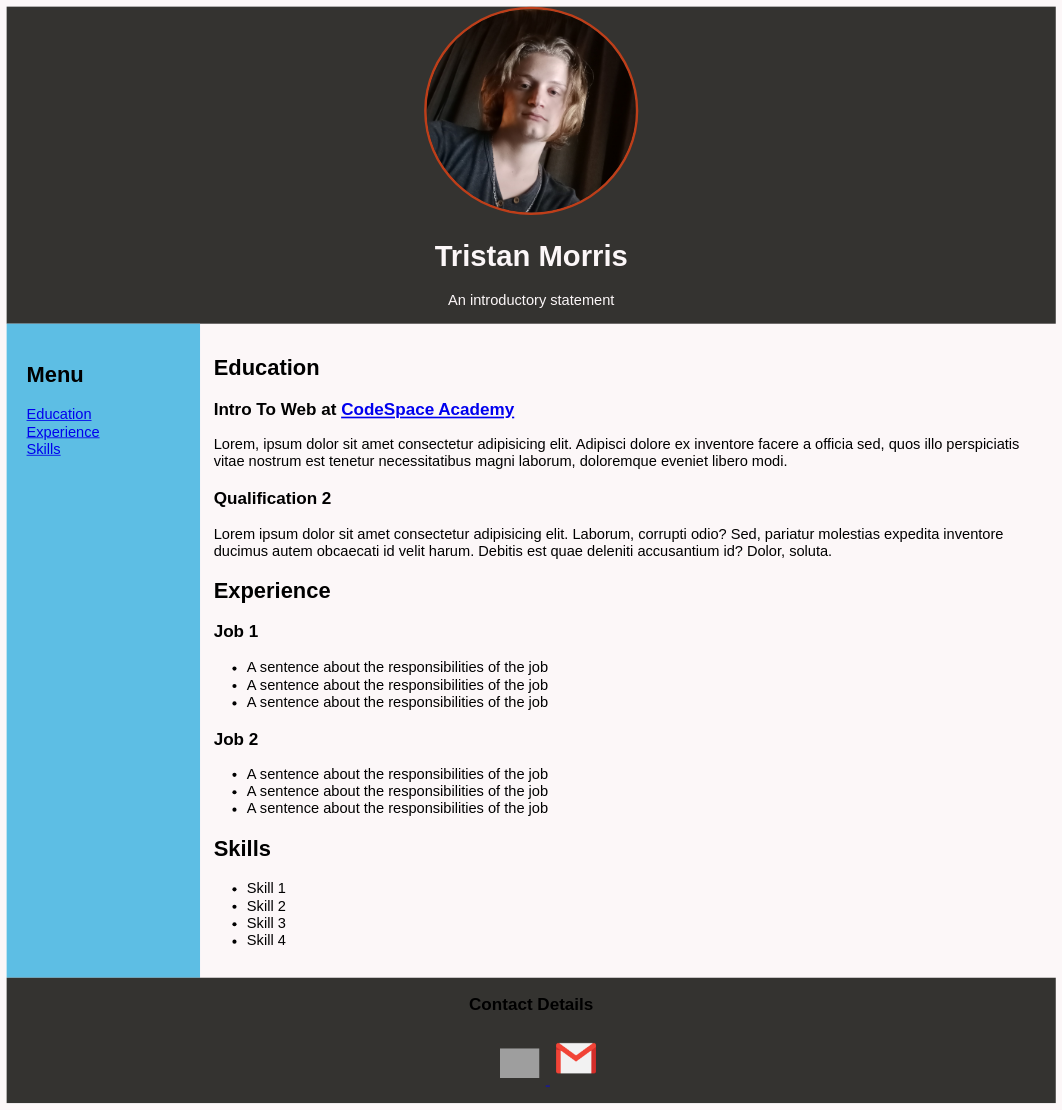
Repository: TristanKMorris/introToWebDesignAssignment
Page: resume1.html
An editor plug-in stored every save of this project. The page is shown before and after the next save, followed by the edit.
The browser window is 1280 px wide. The pictures show the whole page, at 83% of full size.
Pictures or frames that could not be fetched are drawn as grey boxes.

Above is the page before, as saved 2022-06-02 21:08:56.

After the next save:
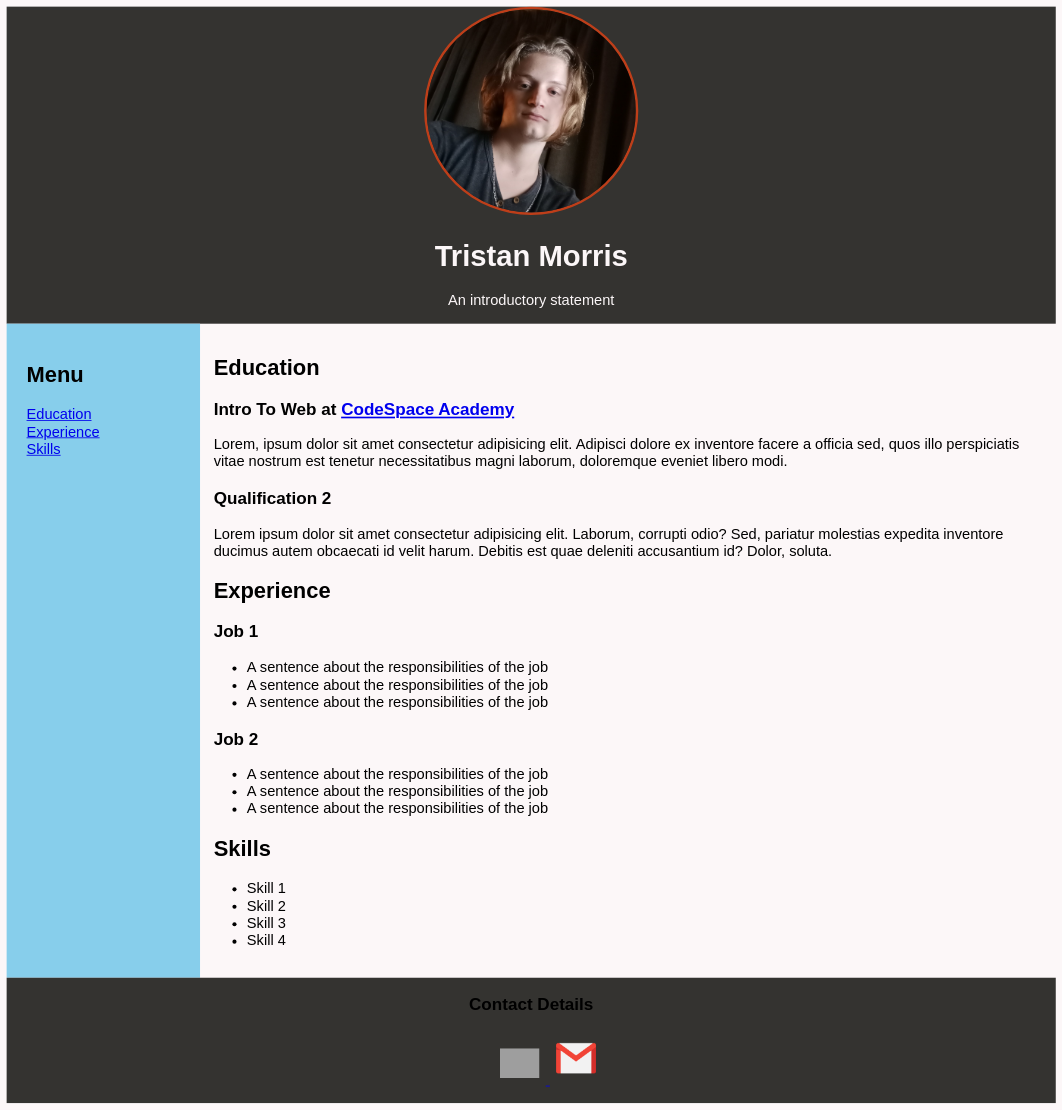
Saved 13 s later.
--- a/css/stylesheet.css
+++ b/css/stylesheet.css
@@ -36,7 +36,7 @@ footer {
 }
 #sidebar{
   width: 25%;
-  background-color: rgb(93, 190, 228);
+  background-color: skyblue;
   padding: 1.5rem;
   color: black;
 }
